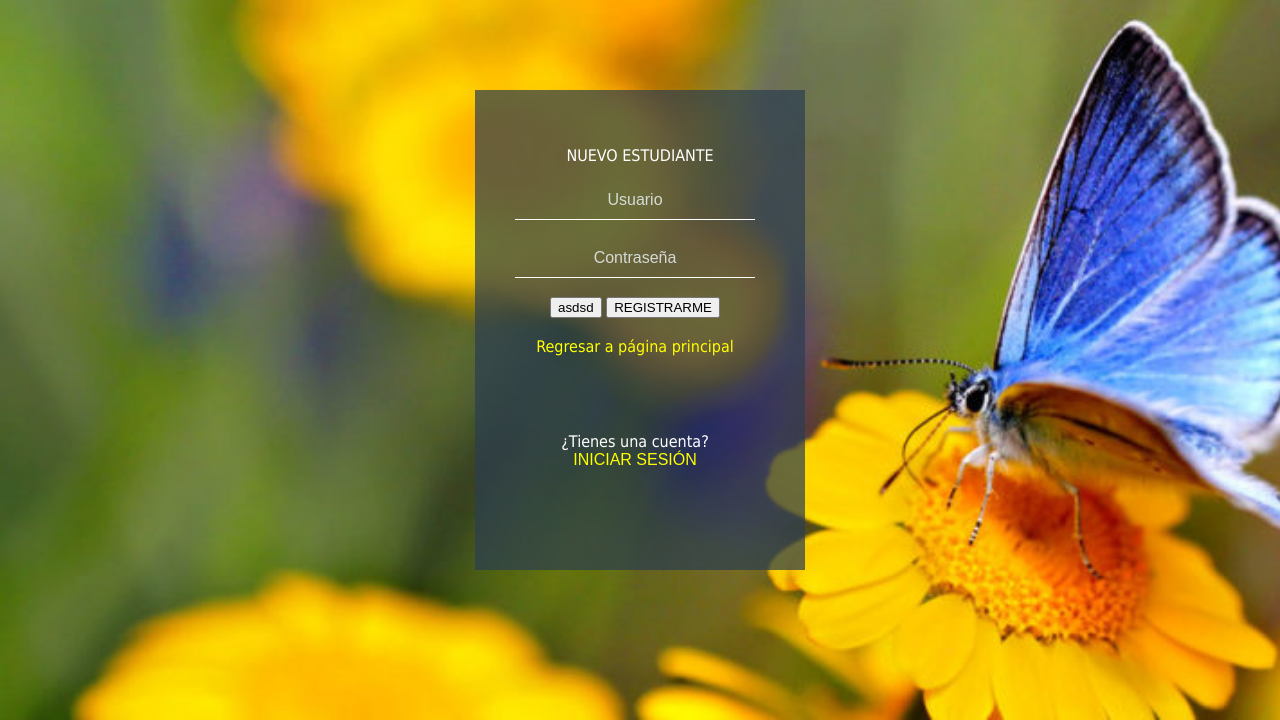
Repository: roberthcobena/Php
Page: http://localhost/registro.php
The author's editor kept a copy of each file at every save. The page is drawn from the files as they stood at one save, then again after the next save.
The browser window is 1280 px wide. The pictures show the whole page.
Some web fonts or font styles are not loaded; a fallback is used. The page is run by PHP 8.4 with error messages shown; the project is at /var/www/html/.

Above is the page before, as saved 2020-06-25 10:14:47.

### Educativa/registro.php
<?php
  require_once ("controladores/conexion/db.php");
  require_once ("controladores/classes/Login.php");
  $login = new Login();
  list($true,$user_perfil) = $login->isUserLoggedIn();
  if ($true == 1 && $user_perfil == 1) {
    header("location: app/admin.php");
  } else if ($true == 1 && $user_perfil == 2) {
   header("location: app/docente.php");
  } else if ($true == 1 && $user_perfil == 3) {
   header("location: app/aula/estudiante.php");
  } else{
?>
<html>
<head>
<meta http-equiv="Content-Type" content="text/html; charset=utf-8" />
<title>INGRESAR</title>
<link href="recursos/login/css/logn.css" rel="stylesheet" type="text/css" />
<link href="https://fonts.googleapis.com/css?family=Play" rel="stylesheet">
<link rel="icon" href="recursos/template/images/favicon.ico" type="image/x-icon">
</head>

<body>
   <div class="signin">
   <center>
      <p class="login-box-msg">NUEVO ESTUDIANTE</p>
   </center>
   <form method="post" accept-charset="utf-8" name="registro" autocomplete="off" role="form" >
      <input type="text" class="form-control" placeholder="Usuario" name="user_name" required></br></br>
      <input type="password" class="form-control" placeholder="Contraseña" name="user_password" required></br></br>

	  <button type="submit" class="login-button"><i class="fa fa-chevron-right"></i>asdsd</button>
	  <button type="submit" class="btn btn-primary btn-block" name="login" id="submit">REGISTRARME</button></br></br>

      <a href="index.php">Regresar a página principal</a></br></br></br></br></br>
      ¿Tienes una cuenta?<a href="login.php" style="font-family:'Play', sans-serif;"></br>INICIAR SESIÓN</a>
   </form>
</div>
</body>
</html>
<?php
  }

### Educativa/controladores/conexion/db.php
<?php
/*Datos de conexion a la base de datos*/
define('DB_HOST', 'localhost');//DB_HOST:  generalmente suele ser "127.0.0.1"
define('DB_USER', 'root');//Usuario de tu base de datos
define('DB_PASS', '');//Contraseña del usuario de la base de datos
define('DB_NAME', 'sisv2');//Nombre de la base de datos
?>

### Educativa/controladores/classes/Login.php
<?php
class Login
{
    /**
     * @var object The database connection
     */
    private $db_connection = null;
    /**
     * @var array Collection of error messages
     */
    public $errors = array();
    /**
     * @var array Collection of success / neutral messages
     */
    public $messages = array();
    public function __construct()
    {
        session_start();
        if (isset($_GET["logout"])) {
            $this->doLogout();
        }
        elseif (isset($_POST["login"])) {
            $this->dologinWithPostData();
        }
    }

    private function dologinWithPostData()
    {
        if (empty($_POST['user_name'])) {
            $this->errors[] = "Campo de usuario esta vacío.";
        } elseif (empty($_POST['user_password'])) {
            $this->errors[] = "Campo de contraseña esta vacío.";
        } elseif (!empty($_POST['user_name']) && !empty($_POST['user_password'])) {
            $this->db_connection = new mysqli(DB_HOST, DB_USER, DB_PASS, DB_NAME);

            if (!$this->db_connection->set_charset("utf8")) {
                $this->errors[] = $this->db_connection->error;
            }
            if (!$this->db_connection->connect_errno) {
                $user_name = $this->db_connection->real_escape_string($_POST['user_name']);
                $user_pass = $this->db_connection->real_escape_string($_POST['user_password']);
                $sql = "SELECT u.id_usuario, u.u_tipo, u.u_usuario, u.u_contra
                        FROM usuario u, tipo_usuario t
                        WHERE u.u_tipo=t.id_tipo_usuario AND u.u_usuario = '" . $user_name . "' AND u.u_contra = '" . $user_pass . "';";
                $result_of_login_check = $this->db_connection->query($sql);
                if ($result_of_login_check->num_rows == 1) {
                    $result_row = $result_of_login_check->fetch_object();
                        $_SESSION['id_usuario'] = $result_row->id_usuario;
                        $_SESSION['u_usuario'] = $result_row->u_usuario;
                        if ($result_row->u_tipo == 1) {
                            $_SESSION['u_tipo'] = 1;
                        }elseif ($result_row->u_tipo == 2) {
                            $_SESSION['u_tipo'] = 2;
                        }elseif ($result_row->u_tipo == 3) {
                            $_SESSION['u_tipo'] = 3;
                        }
                        $_SESSION['user_login_status'] = 1;

                    } else {
                        $this->errors[] = "Usuario y/o contraseña no coinciden.";
                    }
                } else {
                    $this->errors[] = "Usuario y/o contraseña no coinciden.";
                }
            } else {
                $this->errors[] = "Problema de conexión de base de datos.";
            }
        }

    public function doLogout()
    {
        $_SESSION = array();
        session_destroy();
        $this->messages[] = "Has sido desconectado.";
    }

    /**
     * simply return the current state of the user's login
     * @return boolean user's login status
     */
    public function isUserLoggedIn()
    {
        if (isset($_SESSION['user_login_status']) AND $_SESSION['user_login_status'] == 1 AND $_SESSION['u_tipo'] == 1) {
            $user_perfil = 1;
            $true = 1;
            return array($true, $user_perfil);

        } elseif (isset($_SESSION['user_login_status']) AND $_SESSION['user_login_status'] == 1 AND $_SESSION['u_tipo'] == 2) {
            $user_perfil = 2;
            $true = 1;
            return array($true, $user_perfil);
        } elseif (isset($_SESSION['user_login_status']) AND $_SESSION['user_login_status'] == 1 AND $_SESSION['u_tipo'] == 3) {
            $user_perfil = 3;
            $true = 1;
            return array($true, $user_perfil);
        } else{
            return false;
        }
    }
}

### Educativa/recursos/login/css/logn.css
body
{
    font-family: Tahoma, Geneva, sans-serif;
    color: #fff;
    background: url(../img/ingresar.jpg);
    background-size: cover;
}
.signin
{
    background: rgba(44,62,80,0.7);
    padding: 40px;
    width: 250px;
    margin: auto;
    margin-top: 90px;
    height: 400px;
    margin-left: 180x;

}
form
{
    width: 240px;
    text-align: center;
}
input
{
    width: 240px;
    text-align: center;
    background: transparent;
    border: none;
    border-bottom: 1px solid #fff;
    font-family: 'Play', sans-serif;
    font-size: 16px;
    font-weight: 200px;
    padding: 10px 0;
    transition: border 0.5s;
    outline: none;
    color: #fff;
}
input[type=submit]
{
    border: none;
    width: 190px;
    background: white;
    color: #000;
    font-size: 16px;
    line-height: 25px;
    padding: 10px 0;
    border-radius: 15px;
    cursor: pointer;
}
input[type=submit]:hover
{
    color: #fff;
    background-color: black;
}
h2
{
    color: white;

}
a
{
    color: yellow;
    text-decoration: blink;
}
a:hover
{
    color: skyblue;
}
.container
{
    display: flex;
    flex-direction: row;
    width: 100%;
}
::placeholder {
    color:aliceblue;
    opacity: 0.8; /* Firefox */
}

After the next save:
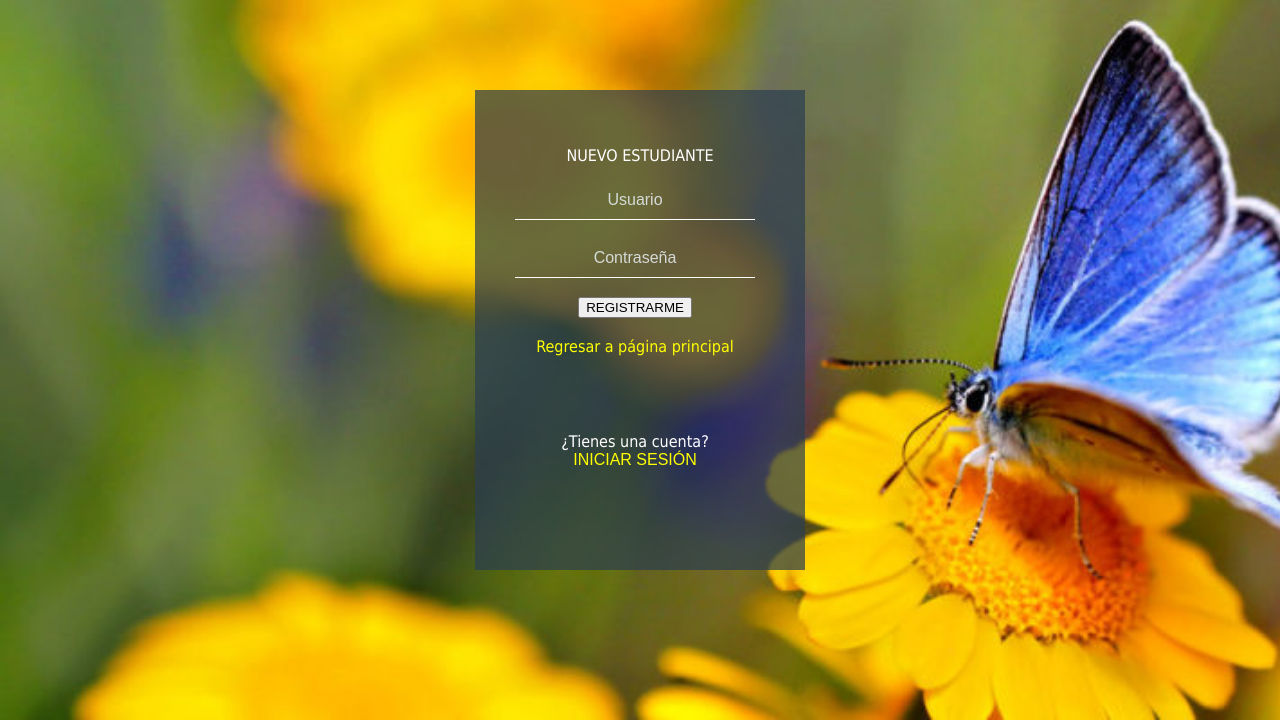
Saved 4 s later.
--- a/Educativa/registro.php
+++ b/Educativa/registro.php
@@ -29,7 +29,6 @@
       <input type="text" class="form-control" placeholder="Usuario" name="user_name" required></br></br>
       <input type="password" class="form-control" placeholder="Contraseña" name="user_password" required></br></br>
 
-	  <button type="submit" class="login-button"><i class="fa fa-chevron-right"></i>asdsd</button>
 	  <button type="submit" class="btn btn-primary btn-block" name="login" id="submit">REGISTRARME</button></br></br>
 
       <a href="index.php">Regresar a página principal</a></br></br></br></br></br>
